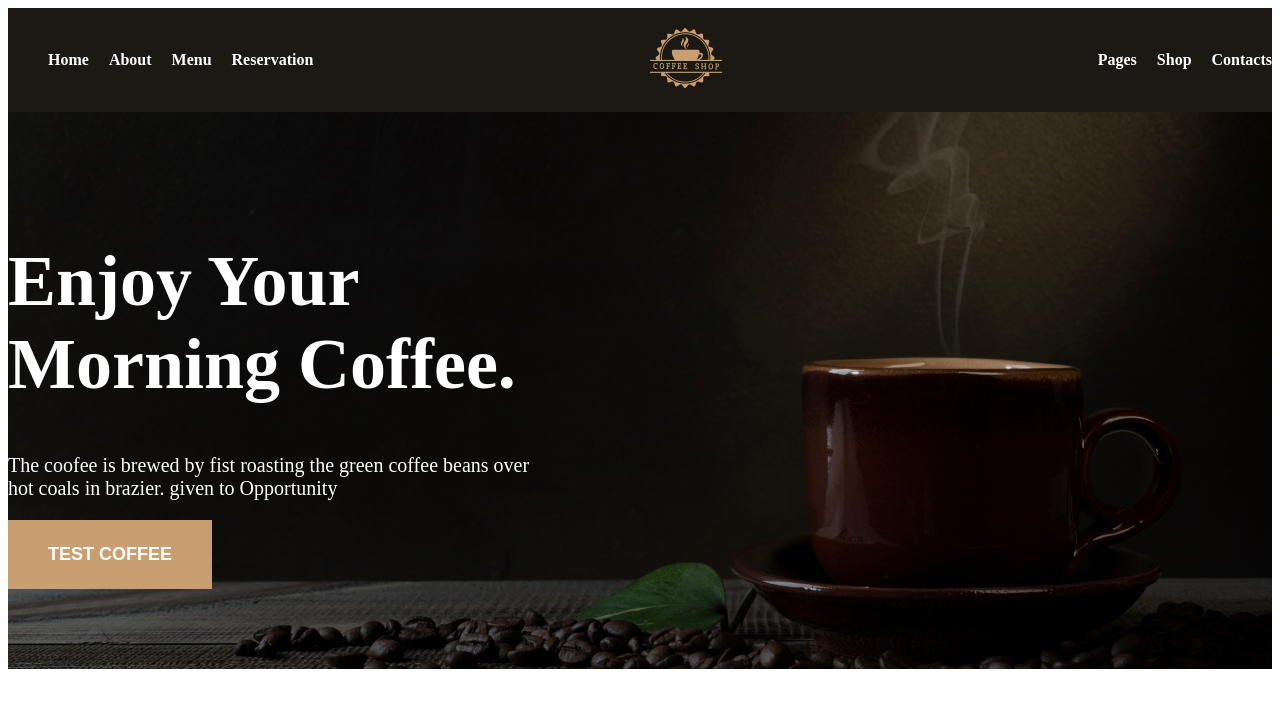
Repository: SitoraRashidova/CoffeShop_Figma
Page: /
These files come from the project's save history. The page is drawn as it stood at one moment and after the next save; the edit follows.
The browser window is 1280 px wide. The pictures show the whole page.
The project was rebuilt for these pictures with package versions that can differ from the ones it lists, and the page was loaded fresh each time. Also part of the build but not shown: vite.config.js.

Above is the page before, as saved 2024-11-24 23:16:18.

### src/index.css
/* :root {
  font-family: Inter, system-ui, Avenir, Helvetica, Arial, sans-serif;
  line-height: 1.5;
  font-weight: 400;

  color-scheme: light dark;
  color: rgba(255, 255, 255, 0.87);
  background-color: #242424;

  font-synthesis: none;
  text-rendering: optimizeLegibility;
  -webkit-font-smoothing: antialiased;
  -moz-osx-font-smoothing: grayscale;
} */

*{
  box-sizing: border-box;
}


.container {
  width: 100%;
  max-width: 1296px;
  margin: 0 auto;
}

/* Header uchun style */

.header{
  background-color: #1C1814;
  padding: 20px 0;
}

.header-wrapper{
  display: flex;
  align-items: center;
  justify-content: space-between;
}

.nav-list{
  display: flex;
  align-items: center;
  justify-content: space-between;
  gap: 20px;
}

.nav-list__item{
  list-style: none;
}

.nav-list__item-link{
  color: white;
  text-decoration: none;
  font-weight: 600;
}

/* Hero uchun style */

.hero{
  width: 100%;
  height: auto;
  background-image: url('./assets/hero-logo.png');
  background-size: cover;
  background-repeat: no-repeat;
}

.hero-content{
  width: 100%;
  max-width: 529px;
  padding: 80px 0;
}

.hero-content__title{
  font-size: 72px;
  color: #fff;
}

.hero-content__desc{
  font-size: 20px;
  color: #fff;
}

.hero-btn{
  padding: 24px 40px;
  font-weight: 700;
  font-size: 18px;
  border: none;
  background-color: #C99E71;
  color: #fff;
}

### src/App.jsx
import './App.css'
import Header from './components/header'
import Hero from './components/hero'

function App() {

  return (
    <>
     <Header />
     <Hero />
    </>
  )
}

export default App

### src/App.css
*{
  box-sizing: border-box;
}

/* Header uchun style */

.container {
  width: 100%;
  max-width: 1296px;
  margin: 0 auto;
}

### src/components/header.jsx
import Logo from "../assets/Logo.png";

const Header = () => {
  return (
    <header className="header">
      <div className="container">
        <div className="header-wrapper">
          <nav>
            <ul className="nav-list">
              <li className="nav-list__item">
                <a className="nav-list__item-link" href="/home">
                  Home
                </a>
              </li>
              <li className="nav-list__item">
                <a className="nav-list__item-link" href="/about">
                  About
                </a>
              </li>
              <li className="nav-list__item">
                <a className="nav-list__item-link" href="/menu">
                  Menu
                </a>
              </li>
              <li className="nav-list__item">
                <a className="nav-list__item-link" href="/Reservation">
                  Reservation
                </a>
              </li>
            </ul>
          </nav>
          <div>
            <img src={Logo} alt="web site logo" />
          </div>
          <nav>
            <ul className="nav-list">
              <li className="nav-list__item">
                <a className="nav-list__item-link" href="/home">
                  Pages
                </a>
              </li>
              <li className="nav-list__item">
                <a className="nav-list__item-link" href="/about">
                  Shop
                </a>
              </li>
              <li className="nav-list__item">
                <a className="nav-list__item-link" href="/menu">
                  Contacts
                </a>
              </li>
            </ul>
          </nav>
        </div>
      </div>
    </header>
  );
};

export default Header;

### src/components/hero.jsx


const Hero = () => {
  return (
    <div className="hero">
        <div className="container">
           <div className="hero-content">
            <h1 className="hero-content__title">Enjoy Your
            Morning Coffee.</h1>
            <p className="hero-content__desc">The coofee is brewed by fist roasting the green coffee beans over hot coals in brazier. given to Opportunity</p>
            <button className="hero-btn">TEST COFFEE</button>
           </div>
        </div>
    </div>
  )
}

export default Hero

Loaded but not shown: index.html (common file); src/main.jsx (common file)

After the next save:
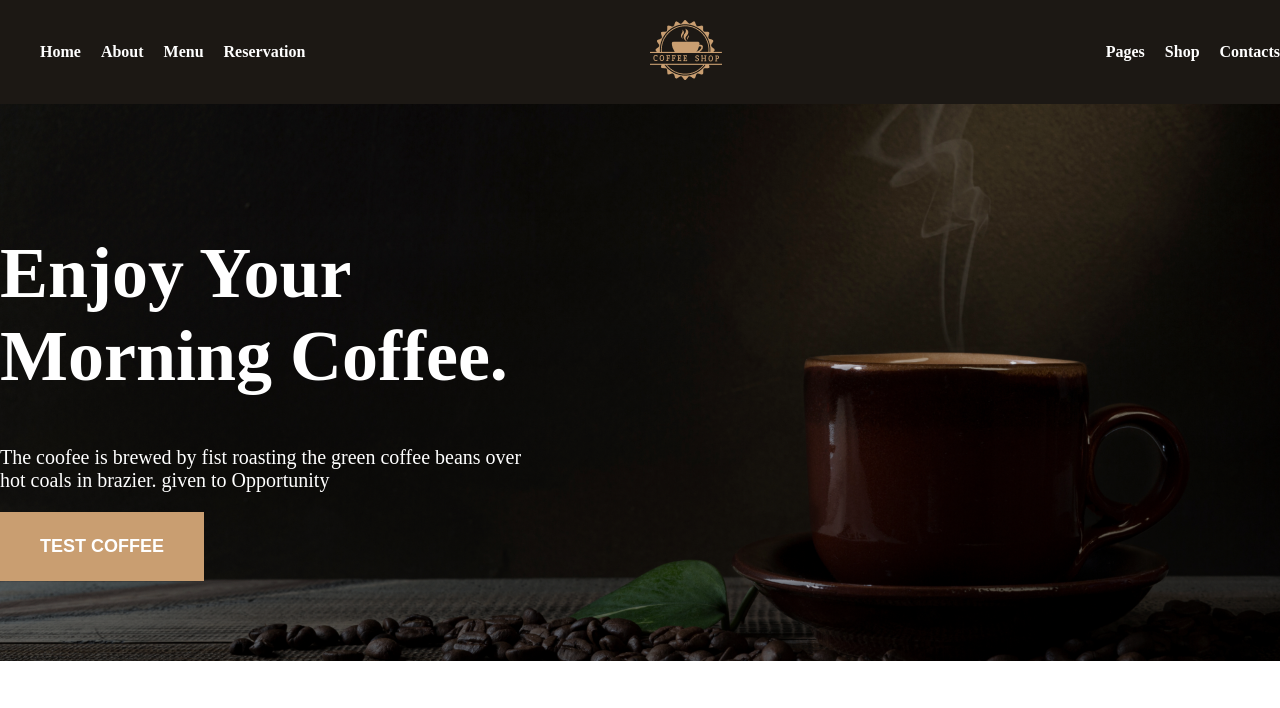
Saved 7 s later.
--- a/src/index.css
+++ b/src/index.css
@@ -12,6 +12,10 @@
   -webkit-font-smoothing: antialiased;
   -moz-osx-font-smoothing: grayscale;
 } */
+
+body{
+  margin: 0;
+}
 
 *{
   box-sizing: border-box;
